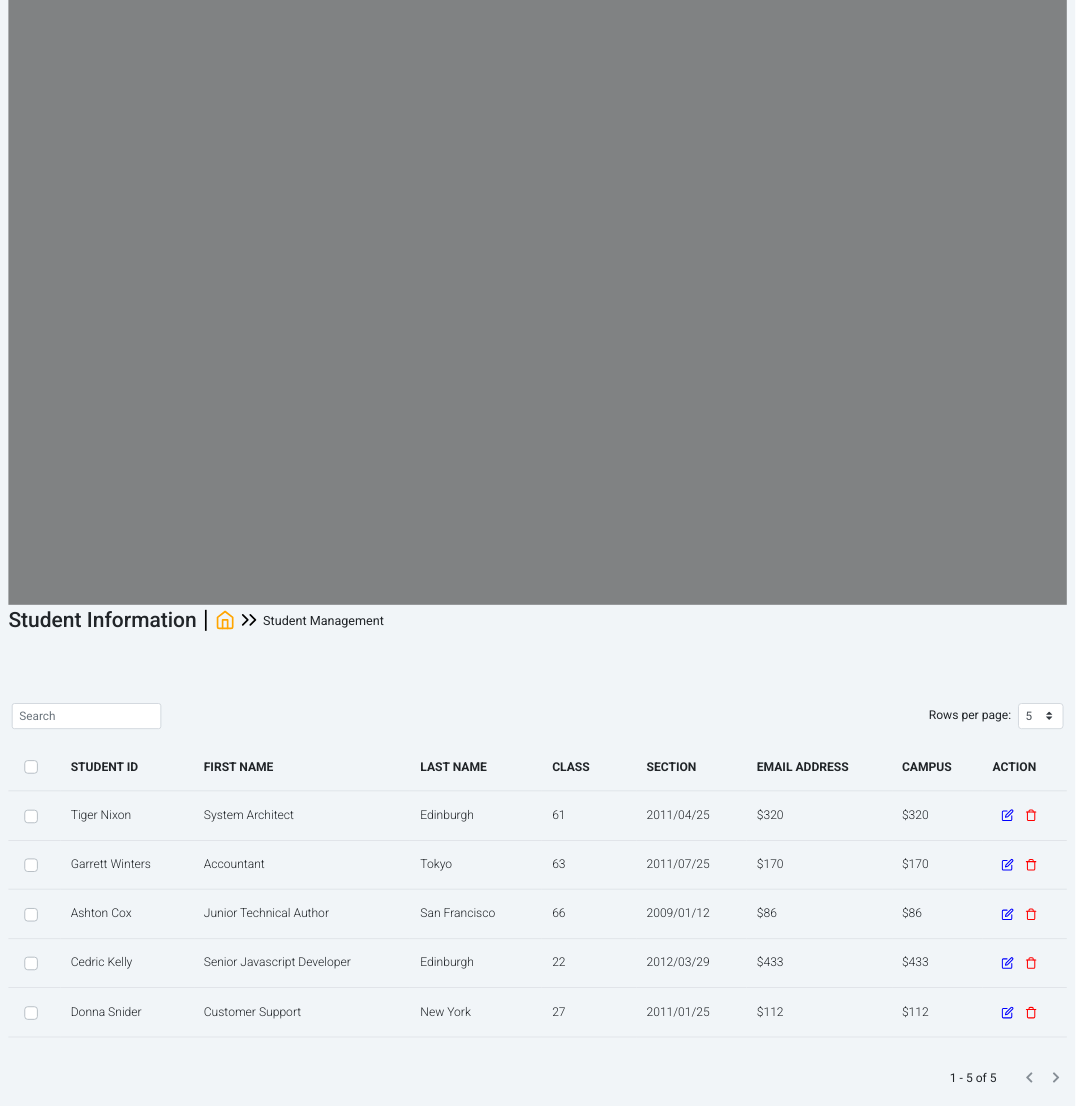
Repository: deepakrajput1998/hestabit_assignment
Page: /
These files come from the project's save history. The page is drawn as it stood at one moment and after the next save; the edit follows.
The browser window is 1280 px wide. The page is 1285 px wide, so the pictures cover 1285 px, including what lies to the right of the window. The pictures show the whole page, at 84% of full size.
The project was rebuilt for these pictures with package versions that can differ from the ones it lists, and the page was loaded fresh each time.

Above is the page before, as saved 2021-07-25 05:15:32.

After the next save:
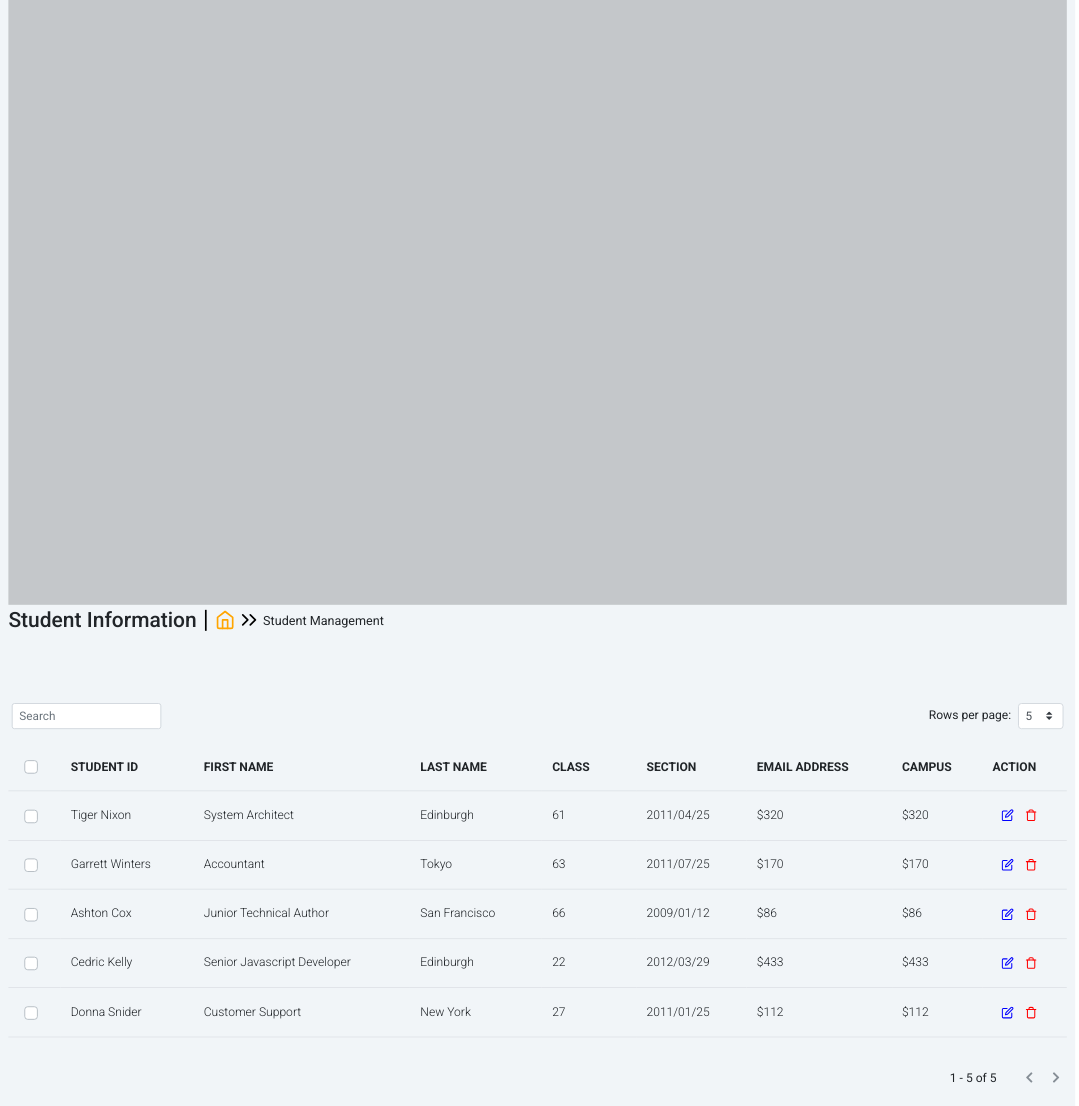
Saved 2 min 25 s later.
--- a/src/Component/Common/Backdrop/Backdrop.module.css
+++ b/src/Component/Common/Backdrop/Backdrop.module.css
@@ -2,5 +2,5 @@
   width: 100%;
   height: 100vh;
   background-color: #111;
-  opacity: 0.5;
+  opacity: 0.2;
 }
